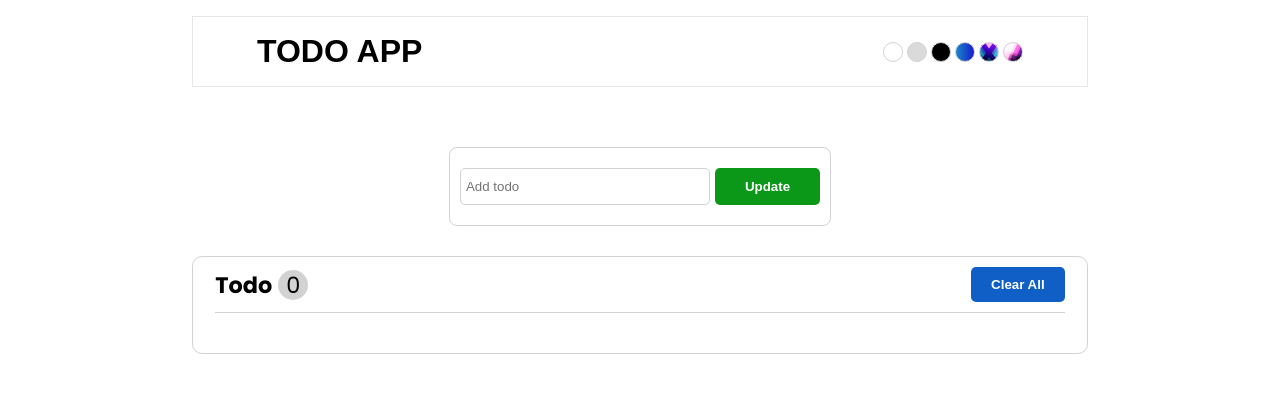
Repository: michalmilek/TodoApp
Page: /
An editor plug-in stored every save of this project. The page is shown before and after the next save, followed by the edit.
The browser window is 1280 px wide. The pictures show the whole page.
Some web fonts or font styles are not loaded; a fallback is used. The project was rebuilt for these pictures with package versions that can differ from the ones it lists, and the page was loaded fresh each time. Also part of the build but not shown: vite.config.js.

Above is the page before, as saved 2023-02-01 15:21:12.

After the next save:
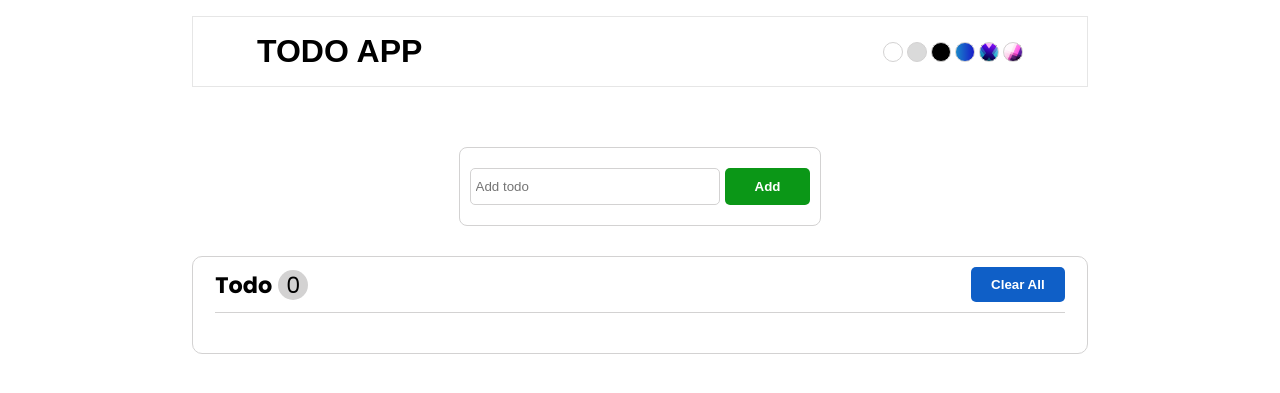
Saved 5 min 34 s later.
--- a/src/components/AddTodo.jsx
+++ b/src/components/AddTodo.jsx
@@ -41,7 +41,7 @@ const AddTodo = ({ todolist, setTodolist, todo, setTodo }) => {
           placeholder="Add todo"
           maxLength="25"
         />
-        <button type="submit">{todo ? "Update" : "Add"}</button>
+        <button type="submit">{todo.id ? "Update" : "Add"}</button>
       </form>
     </section>
   );
